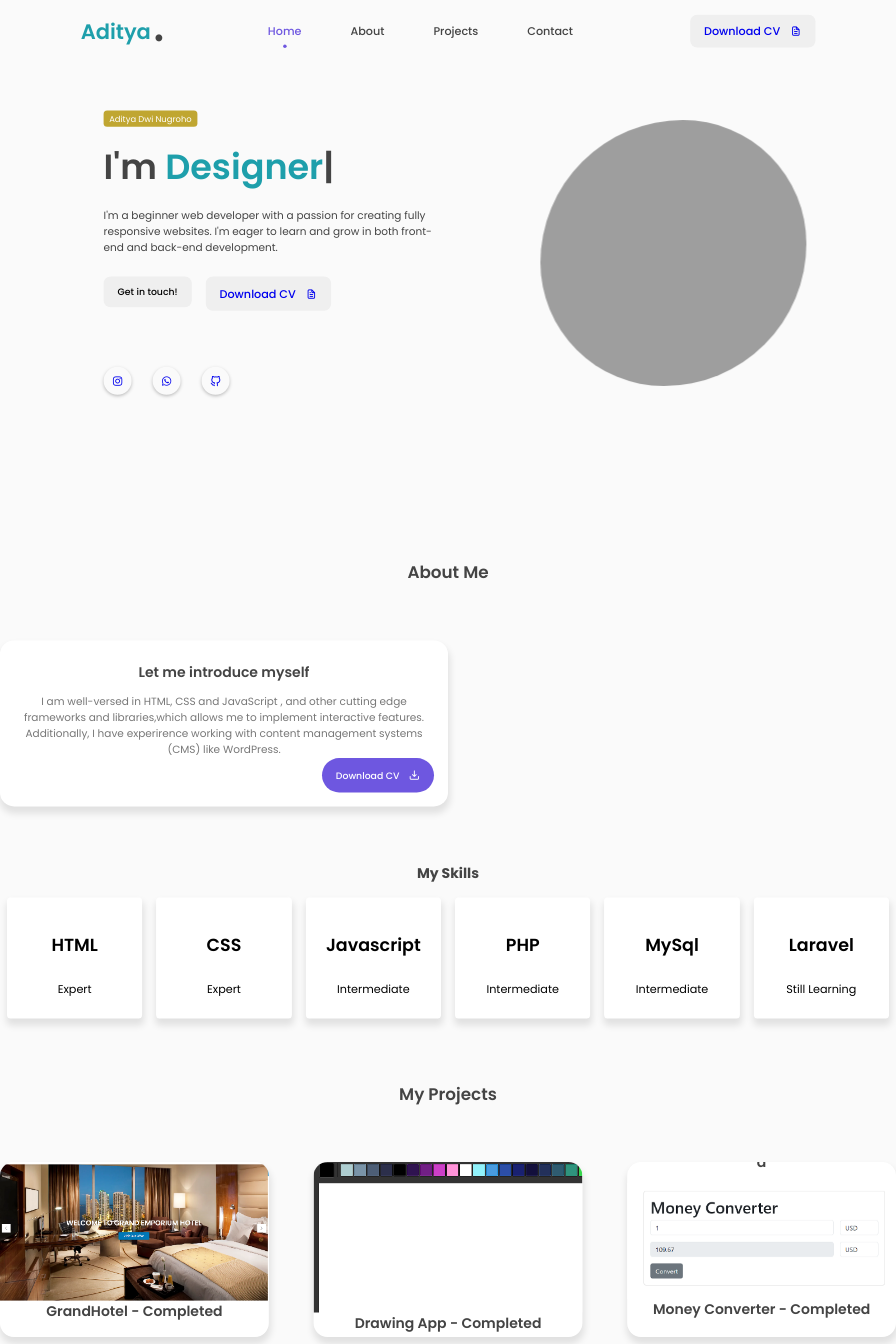
Repository: 4Kbrain/Portofolio
Page: index.html
An editor plug-in stored every save of this project. The page is shown before and after the next save, followed by the edit.
The browser window is 1280 px wide. The pictures show the part of the page from y = 0 to 1920 px (the page is 3007 px tall), at 70% of full size.
Pictures or frames that could not be fetched are drawn as grey boxes.

Above is the page before, as saved 2024-05-15 18:15:55.
Console error: ReferenceError: ScrollReveal is not defined

After the next save:
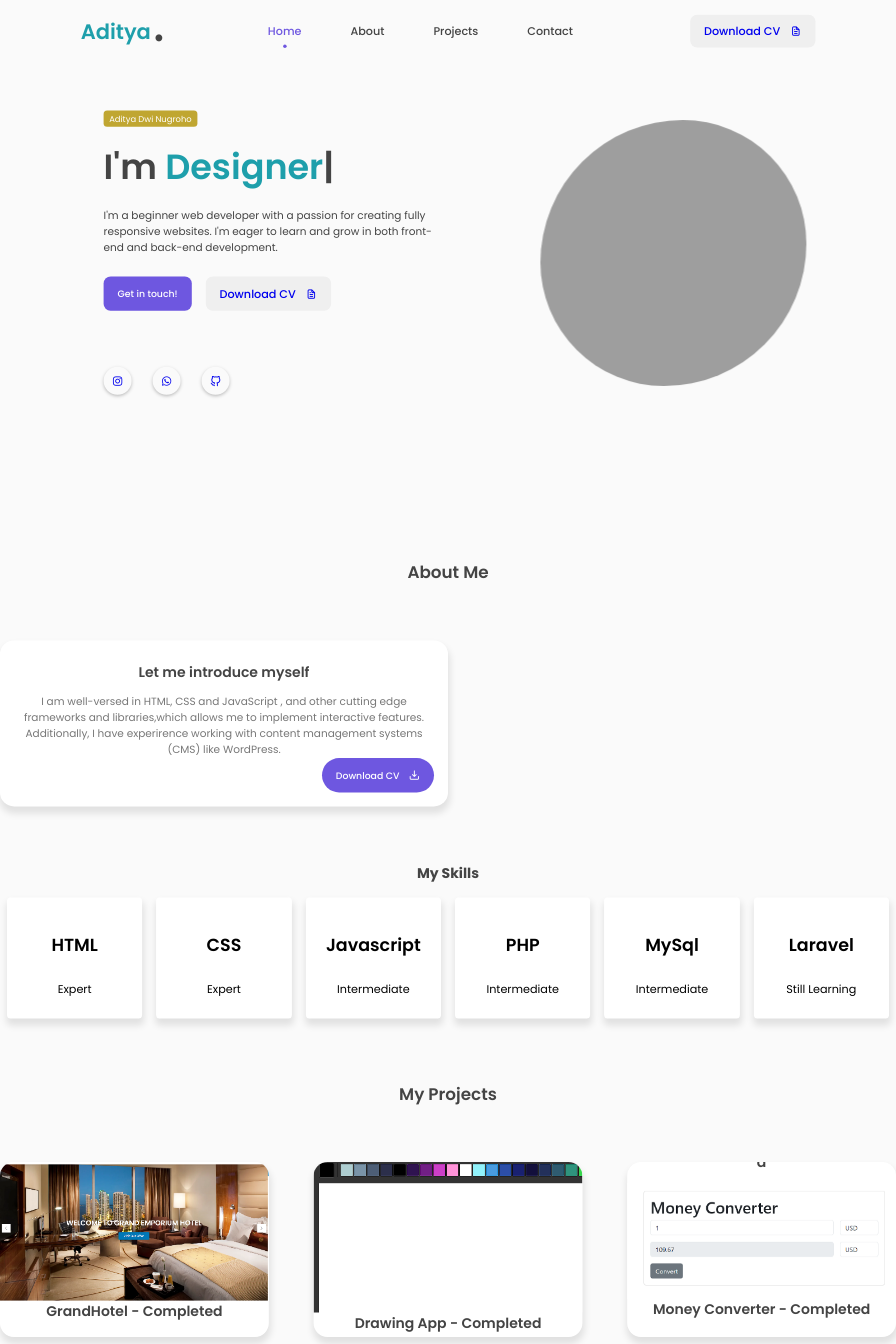
Saved 19 s later.
--- a/index.html
+++ b/index.html
@@ -67,7 +67,7 @@
                         </p>
                     </div>
                     <div class="featured-text-btn">
-                        <a href=""><button class="btn blue-btn">Get in touch!</button></a>
+                        <button class="btn blue-btn">Get in touch!</button>
                         <a id="downloadCVButton" href="assets/CV/Aditya%20CV.pdf" download="CV.pdf" class="btn">Download CV <i class="uil uil-file-alt"></i></a>
 
                     </div>
